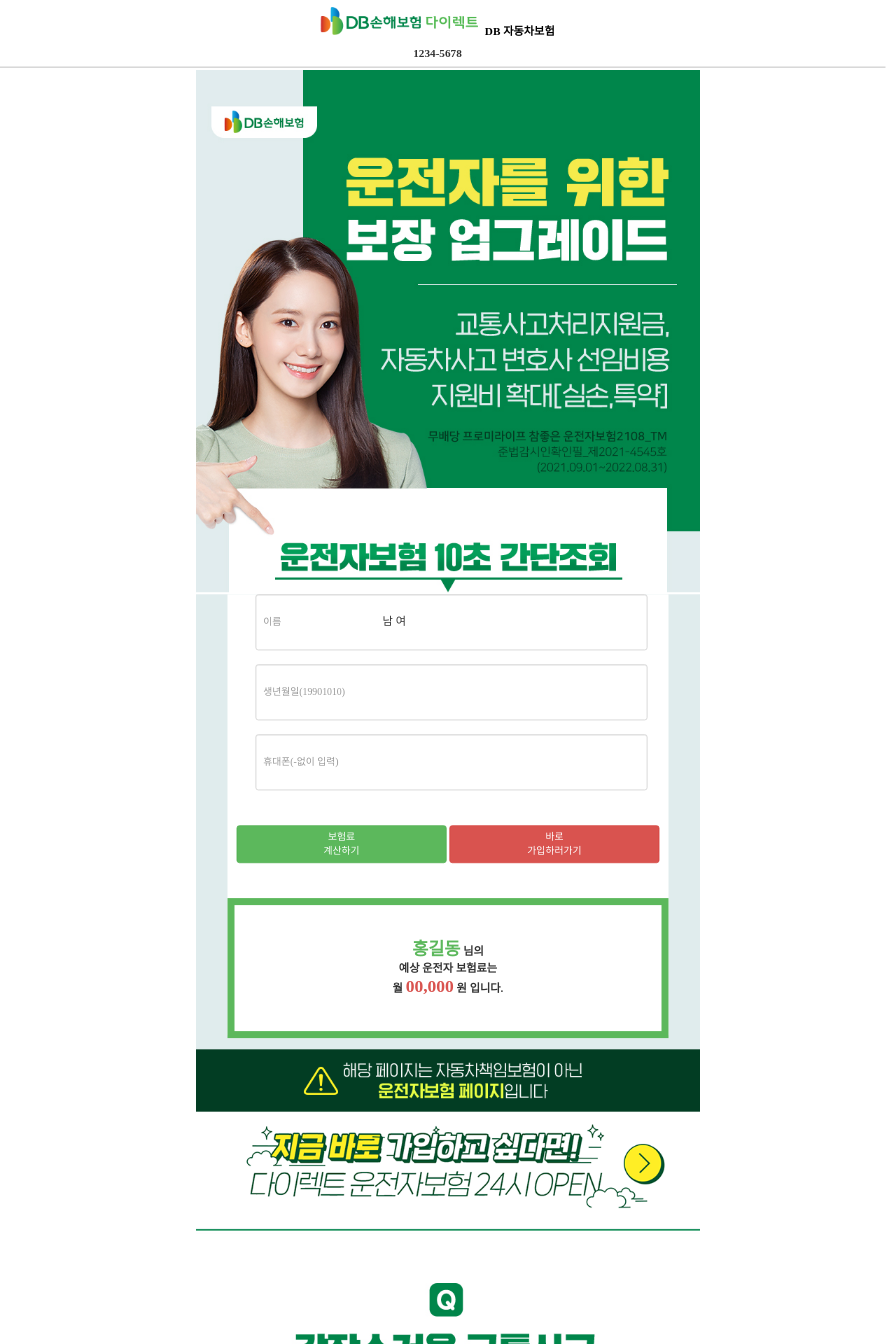
Repository: minho0324/directInsurance
Page: http://localhost/directClone/
The author's editor kept a copy of each file at every save. The page is drawn from the files as they stood at one save, then again after the next save.
The browser window is 1280 px wide. The pictures show the part of the page from y = 0 to 1920 px (the page is 5292 px tall), at 70% of full size.
The page is served by Tomcat 9.

Above is the page before, as saved 2021-11-22 02:16:14.

After the next save:
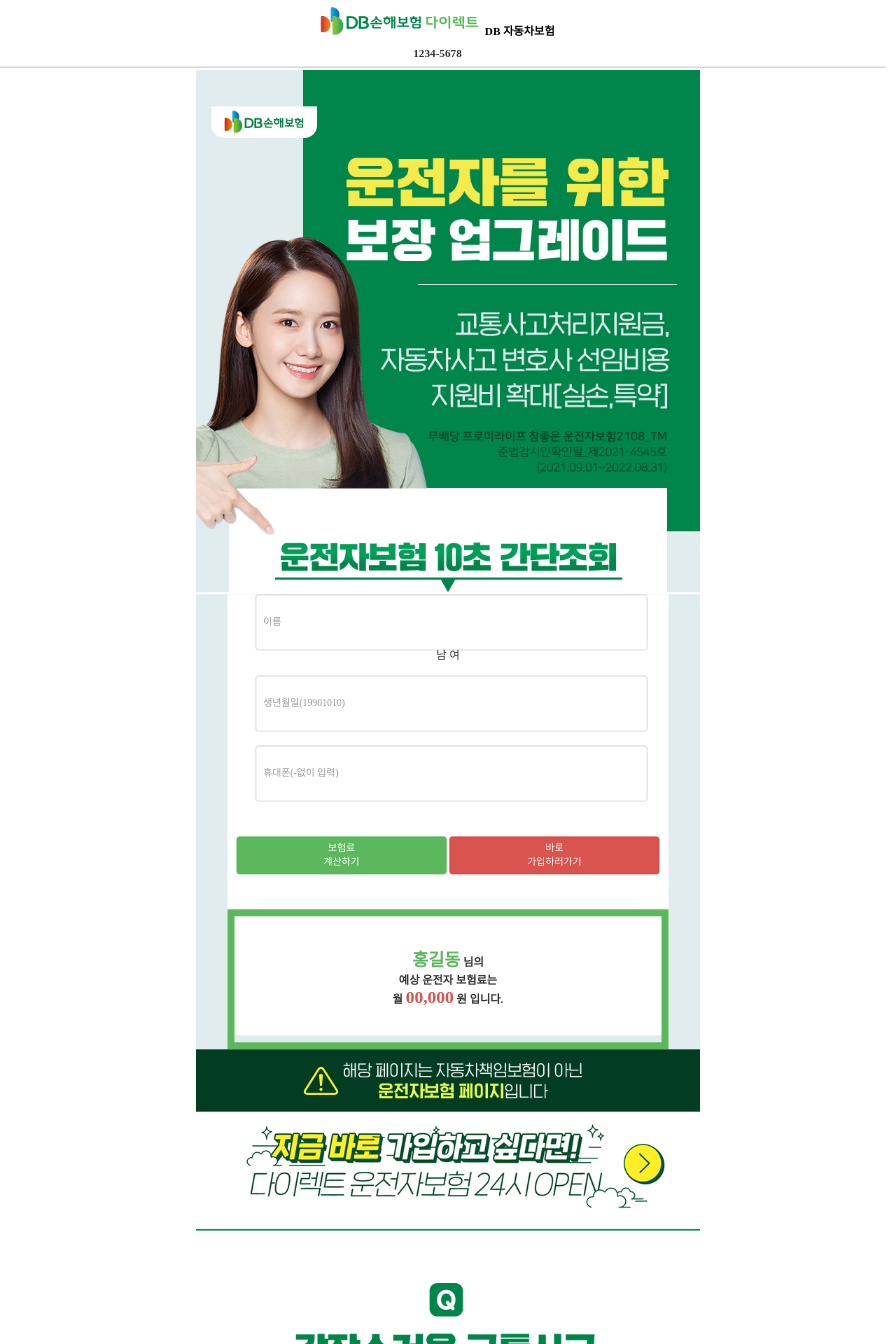
Saved 3 min 36 s later.
--- a/directClone/src/main/webapp/resources/css/index.css
+++ b/directClone/src/main/webapp/resources/css/index.css
@@ -181,10 +181,7 @@
 	}
 
 	.gender {
-		position:absolute;
-		top:860px;
-		right:700px;
-		padding-top:20px;
+
 		height:100%;
 	}
 	.gender input {

After the 2 saves that followed:
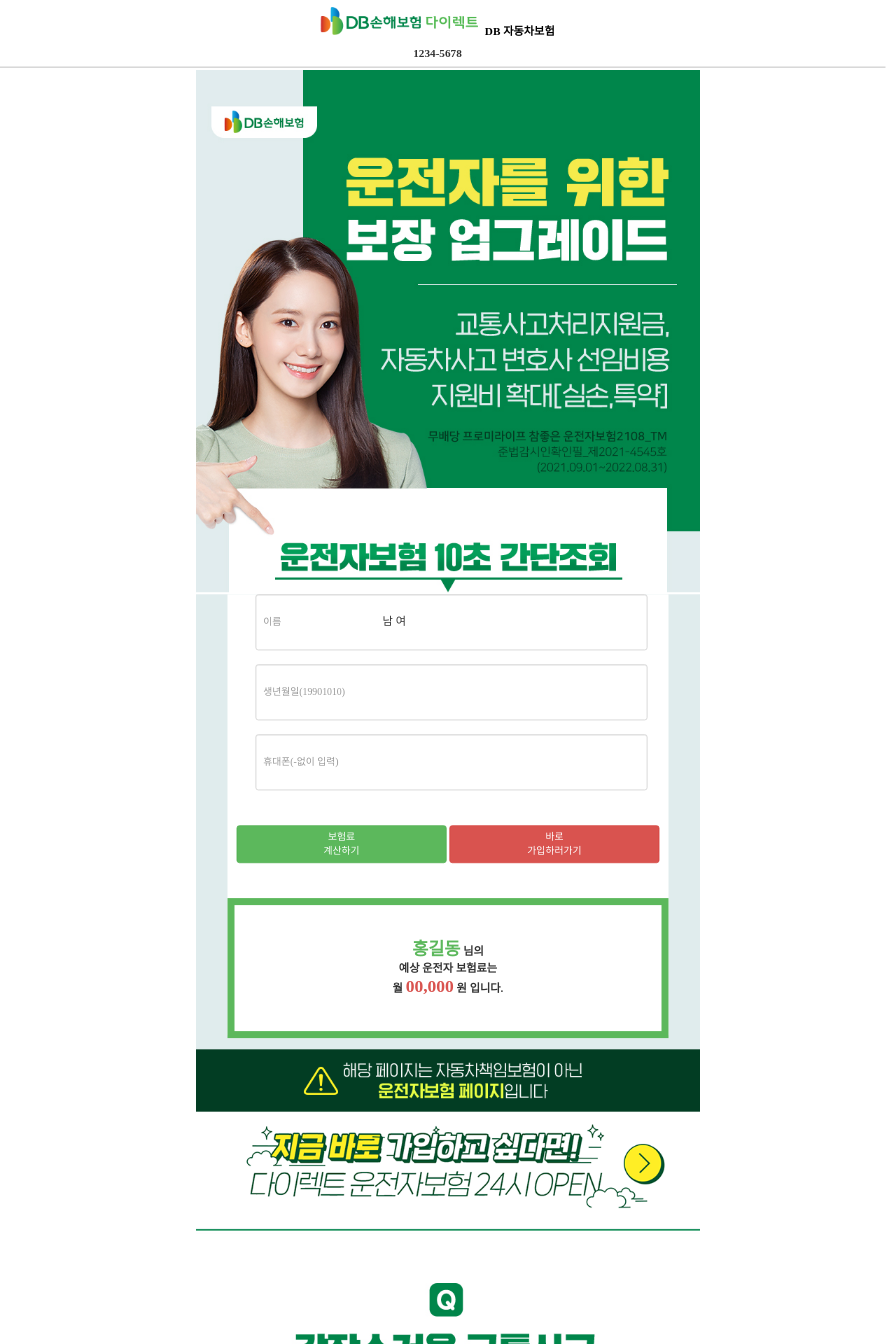
The 2 saves are shown as one change because 1 left the picture as it was.
The last was saved 3 min 22 s later.
--- a/directClone/src/main/webapp/resources/css/index.css
+++ b/directClone/src/main/webapp/resources/css/index.css
@@ -173,7 +173,6 @@
 		width: 630px;
 	}
 	.formBox3 {
-		text-align:center;
 		margin: 0 auto;
 	}
 
@@ -181,7 +180,10 @@
 	}
 
 	.gender {
-
+		position:absolute;
+		top:860px;
+		right:700px;
+		padding-top:20px;
 		height:100%;
 	}
 	.gender input {
